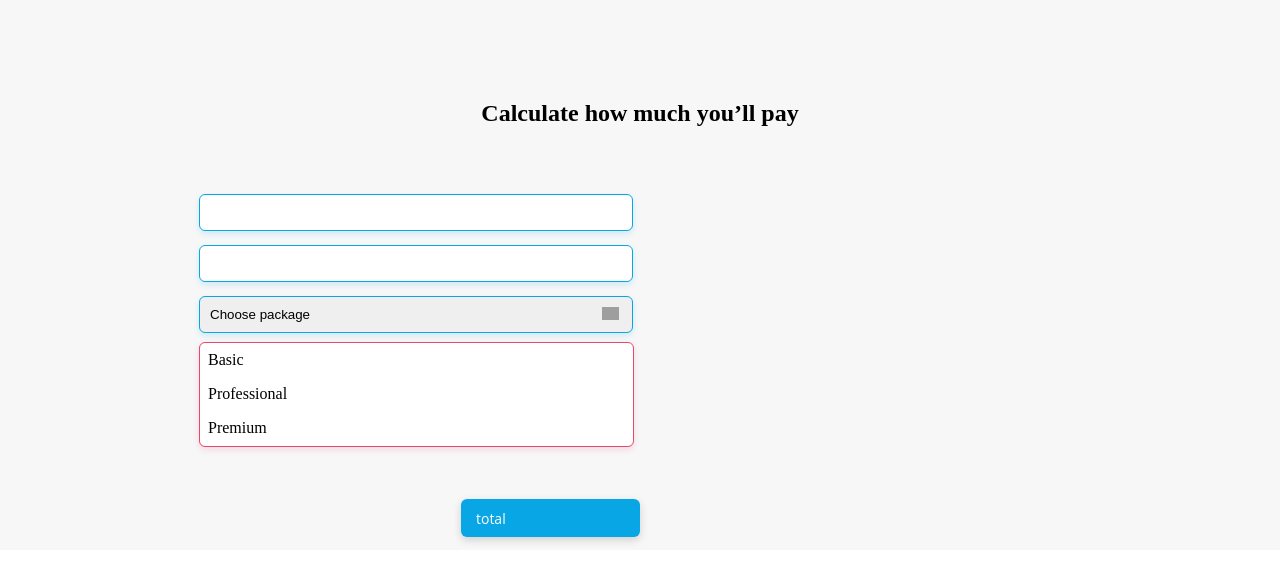
Repository: VolodymyrDubnytskyi/BestShop_project
Page: inedx2.html
The author's editor kept a copy of each file at every save. The page is drawn from the files as they stood at one save, then again after the next save.
The browser window is 1280 px wide. The pictures show the whole page.
Pictures or frames that could not be fetched are drawn as grey boxes.

Above is the page before, as saved 2020-01-03 21:04:20.
Console error: SyntaxError: Unexpected token 'class'

After the next save:
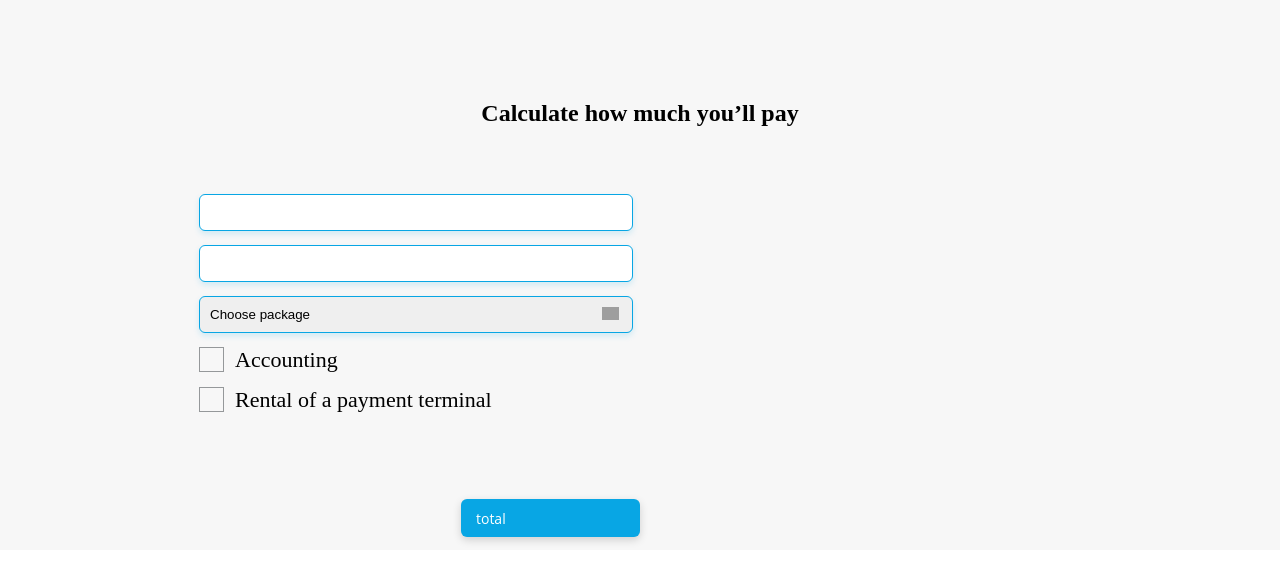
Saved 20 s later.
--- a/inedx2.html
+++ b/inedx2.html
@@ -28,15 +28,6 @@
                                 <option value="premium">Premium</option>
                         </select>
                     </div>
-
-
-                   <div class="select-option-custome">
-                       <span class="span-select">Basic</span>
-                       <span class="span-select">Professional</span>
-                       <span class="span-select">Premium</span>
-
-                   </div>
-
 
                     <label class="container-new-chekbox">
                         <input type="checkbox" id="checkboxAccounting">
